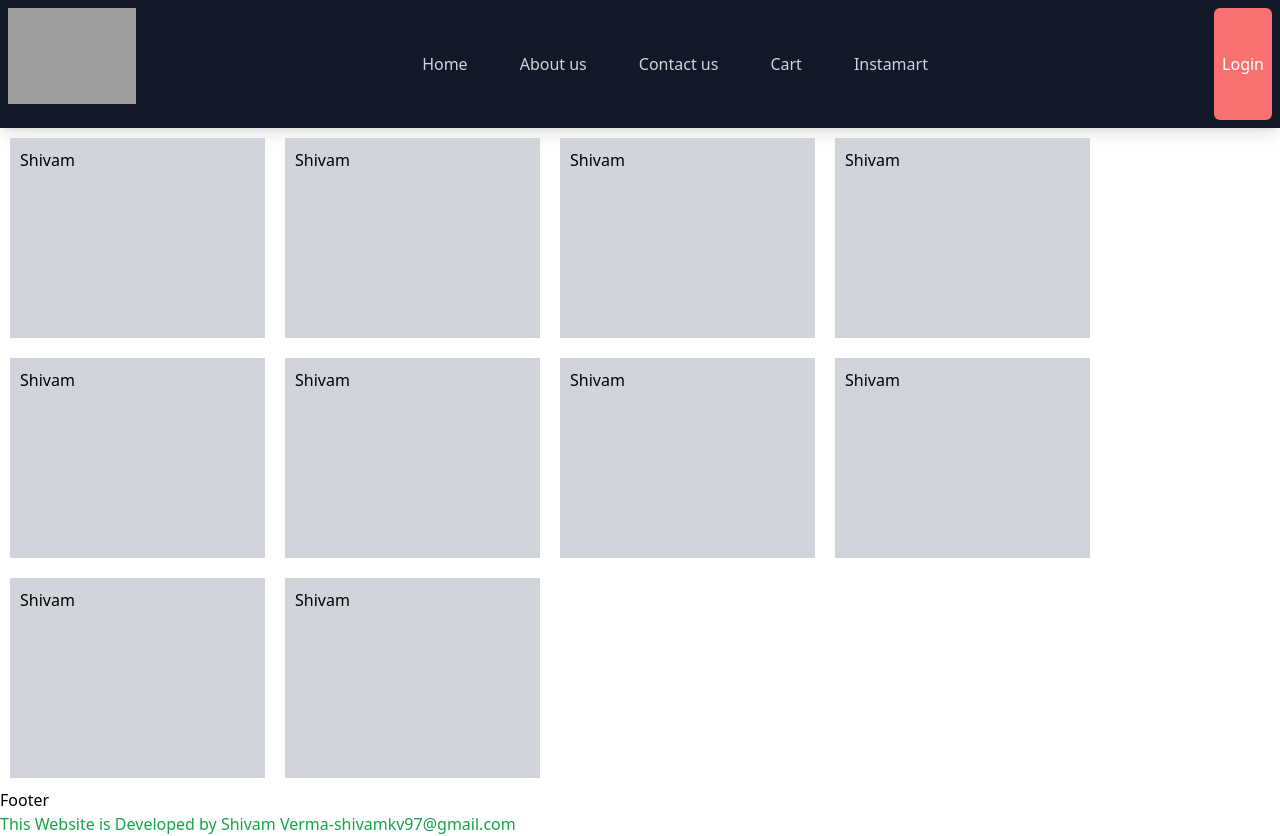
Repository: shivamv97/FOOD-VILLA-APP
Page: /
The author's editor kept a copy of each file at every save. The page is drawn from the files as they stood at one save, then again after the next save.
The browser window is 1280 px wide. The pictures show the whole page.
Pictures or frames that could not be fetched are drawn as grey boxes. The page's requests for data from a server got no answer. The project was rebuilt for these pictures with package versions that can differ from the ones it lists, and the page was loaded fresh each time. No one was signed in, and anything a server would have sent is missing. Also part of the build but not shown: src/components/RestaurantCards.js, src/components/Profile.js, src/components/ProfileClass.js, src/components/About.js, src/components/Error.js, src/components/ContactUs.js, src/utils/useRestaurant.js, src/components/RestaurantMenu.js.

Above is the page before, as saved 2024-09-30 01:14:23.

### index.html
<!DOCTYPE html>
<html lang="en" class="m-0 p-0">
  <head>
    <meta charset="UTF-8" />
    <meta name="viewport" content="width=device-width, initial-scale=1.0" />
    <title>Learning REACT</title>
    <link rel="stylesheet" href="style.css" />
    <!-- <script src="https://cdn.tailwindcss.com"></script> -->
  </head>
  <body>
    <div id="root">Not Rendered</div>
    <!-- <script
      crossorigin
      src="https://unpkg.com/react@18/umd/react.development.js"
    ></script>
    <script
      crossorigin
      src="https://unpkg.com/react-dom@18/umd/react-dom.development.js"
    ></script> -->
    <script type="module" src="src/App.js"></script>
  </body>
</html>

### src/App.js
import React, { lazy, Suspense, useState } from "react";
import ReactDOM from "react-dom/client";
import HeaderComponent from "./components/Title";
import Body from "./components/Body";
import Footer from "./components/Footer";
import About from "./components/About";
import Error from "./components/Error";
import Contact from "./components/ContactUs";
import RestaurantMenu from "./components/RestaurantMenu";
import Profile from "./components/Profile";
import { createBrowserRouter, RouterProvider, Outlet } from "react-router-dom";
import Shimmer from "./components/Shimmer";
import UserContext from "./utils/UserContext";

// import Instamart from "./components/Instamart";

const Instamart = lazy(() => import("./components/Instamart")); //Lazy Loading
//Return Promise

const AppLayout = () => {
  const [user, SetUser] = useState({
    name: "Shivam Verma",
    email: "shivamkv97@gmail.com",
  });
  return (
    <>
      <UserContext.Provider
        value={{
          user: user, //overrides the default value of user
          SetUser: SetUser,
        }}
      >
        <HeaderComponent />
        <Outlet />
        <Footer />
      </UserContext.Provider>
    </>
  );
};

const appRouter = createBrowserRouter([
  {
    path: "/",
    element: <AppLayout />,
    errorElement: <Error />,
    children: [
      //Nested Routing
      {
        path: "/",
        element: <Body />,
      },
      {
        path: "/About", //parentPath/{path} => localhost:1234/about/profile
        element: <About />,
        children: [
          {
            path: "profile", //parentPath/{path} => localhost:1234/about/profile
            element: <Profile />,
          },
        ],
      },
      {
        path: "/Contact",
        element: <Contact />,
      },
      {
        path: "/Restaurant/:restaurantId", //Dynamic Routing
        element: <RestaurantMenu />,
      },
      {
        path: "/Instamart",
        element: (
          <Suspense fallback={<Shimmer />}>
            <Instamart />
          </Suspense>
        ),
      },
    ],
  },
]);

const root = ReactDOM.createRoot(document.getElementById("root"));

root.render(<RouterProvider router={appRouter} />);
//root will render according to the AppRouter

### src/components/Title.js
import { useState, useContext } from "react";
import { Link } from "react-router-dom";
import UserContext from "../utils/UserContext";
import useOnline from "../utils/useOnline";

const LoggedInUser = () => {
  //API used for authentication
  return true;
};

const Title = () => (
  <a href="/ ">
    <img
      className="h-28 p-2"
      alt="logo"
      src="https://encrypted-tbn0.gstatic.com/images?q=tbn:ANd9GcTJtFXKFKFoihdrJEvX4jBtXqfcO2kJ0KAlIg&s"
    />
  </a>
);

const HeaderComponent = () => {
  const [isLoggedIn, setisLoggedIn] = useState(false);

  const isOnline = useOnline();

  const { user } = useContext(UserContext);
  return (
    <div className="flex justify-between bg-gray-900 shadow-lg">
      <Title />
      <div className="nav-items">
        <ul className="flex py-10 gap-9 px-2">
          <li className="rounded-md py-3 px-2 font-medium text-gray-300 hover:bg-gray-500 hover:text-white">
            <Link to="/">Home </Link>
          </li>
          <li className="rounded-md py-3 px-2 font-medium text-gray-300 hover:bg-gray-500 hover:text-white">
            <Link to="/About">About us</Link>
          </li>
          <li className="rounded-md py-3 px-2 font-medium text-gray-300 hover:bg-gray-500 hover:text-white">
            <Link to="/Contact">Contact us</Link>
          </li>
          <li className="rounded-md py-3 px-2 font-medium text-gray-300 hover:bg-gray-500 hover:text-white">
            <Link to="#">Cart</Link>
          </li>
          <li className="rounded-md py-3 px-2 font-medium text-gray-300 hover:bg-gray-500 hover:text-white">
            <Link to="/Instamart">Instamart</Link>
          </li>
        </ul>
      </div>
      {/* <h1 className="text-white">{isOnline ? "🟢" : "No"}</h1> */}
      {/* <h2 className="text-white">{user.name}</h2> */}
      {isLoggedIn ? (
        <button
          onClick={() => setisLoggedIn(false)}
          className="bg-red-400 text-white rounded-md m-2 p-2"
        >
          Logout
        </button>
      ) : (
        <button
          onClick={() => setisLoggedIn(true)}
          className="bg-red-400 text-white rounded-md m-2 p-2"
        >
          Login
        </button>
      )}
    </div>
  );
};

export default HeaderComponent;

### src/components/Body.js
import { restaurantlist, restaurant_data } from "../config";
import RestrauntCard from "./RestaurantCards";
import { useState, useEffect, useContext } from "react";
import Shimmer from "./Shimmer";
import { Link } from "react-router-dom";
import { filterdata } from "../utils/shares";
import useOnline from "../utils/useOnline";
import UserContext from "../utils/UserContext";

const Body = () => {
  // const searchTxt = "KFC"; //for reference...(IN JS)
  const [AllRestaurants, setAllRestaurants] = useState([]);
  const [FilteredRestaurants, setFilteredRestaurants] = useState([]); //restaurantlist
  const [searchText, setsearchText] = useState(""); //To create state variable.......(IN REACT)
  // console.log("render()");

  useEffect(() => {
    //API call
    GetRestaurants();
  }, []);

  const { user, SetUser } = useContext(UserContext);

  async function GetRestaurants() {
    const data = await fetch(restaurant_data);
    const json = await data.json();
    console.log(json);
    //you have to make change only in line 32,in cards[i],where i is keep changing in the above api link,try from 0-11
    //it's an config-driven UI,Hence,it's Grid Element position keeps on changing.......
    setAllRestaurants(
      json?.data?.cards[1]?.card?.card?.gridElements?.infoWithStyle?.restaurants
    );
    setFilteredRestaurants(
      json?.data?.cards[1]?.card?.card?.gridElements?.infoWithStyle?.restaurants
    );
  }
  const isOnline = useOnline();

  if (!isOnline) {
    return <h1>🚫Offline,please check your internet Connection!!</h1>; //early return
  }

  //Don't render component(Early Return)
  // if (!AllRestaurants) return null;
  // if (FilteredRestaurants?.length === 0) return <h1>No Restaurants Found!</h1>;

  //Conditional rendering
  return AllRestaurants?.length == 0 ? (
    <Shimmer />
  ) : (
    <>
      <div className="p-5 bg-green-50 my-5">
        <input
          type="text"
          className="search-input"
          placeholder="Search"
          value={searchText}
          onChange={(e) => {
            setsearchText(e.target.value);
          }}
        />
        <button
          className="p-2 m-2 bg-purple-600 text-white rounded-md hover:bg-green-400"
          onClick={() => {
            //filter the data according to need
            const data = filterdata(searchText, AllRestaurants);
            setFilteredRestaurants(data);
            //need to update the state-restauradnts
          }}
        >
          Search
        </button>
        <input
          value={user.name}
          onChange={(e) => {
            SetUser({
              ...user,
              name: e.target.value,
            });
          }}
        ></input>
        <input
          value={user.email}
          onChange={(e) => {
            SetUser({
              ...user,
              email: e.target.value,
            });
          }}
        ></input>
      </div>
      <div className="flex flex-wrap">
        {FilteredRestaurants.map((restaurant) => {
          return (
            <Link
              to={"/restaurant/" + restaurant.info.id}
              key={restaurant.info.id}
            >
              <RestrauntCard {...restaurant.info} />
            </Link>
          );
        })}
      </div>
    </>
  );
};

export default Body;

### src/components/Footer.js
import { useContext } from "react";
import UserContext from "../utils/UserContext";
const Footer = () => {
  const { user } = useContext(UserContext);
  return (
    <div>
      <h2>Footer</h2>
      <h3 className="text-green-600">
        This Website is Developed by {user.name}-{user.email}
      </h3>
    </div>
  );
};

export default Footer;

### src/components/Shimmer.js
const Shimmer = () => {
  return (
    <div className="flex flex-wrap">
      {Array(10)
        .fill("")
        .map((e, index) => (
          <div
            key={index}
            className="w-[255px] h-[200px] bg-gray-300 m-[10px] p-[10px]"
          >
            Shivam
          </div>
        ))}
    </div>
  );
};

export default Shimmer;

### src/utils/UserContext.js
import { createContext } from "react";

const UserContext = createContext({
  user: {
    name: "Dummy Name",
    email: "Dummy@gmail.com",
  },
});

UserContext.displayName = "UserContext";

export default UserContext;

### src/utils/useOnline.js
import { useEffect, useState } from "react";

const useOnline = () => {
  const [isOnline, setIsOnline] = useState(true);

  useEffect(() => {
    const handleonline = () => {
      setIsOnline(true);
    };
    const handleoffline = () => {
      setIsOnline(false);
    };
    window.addEventListener("online", handleonline); //junior+senior developer role
    window.addEventListener("offline", handleoffline);

    return () => {
      window.removeEventListener("online", handleonline); //senior developer role
      window.removeEventListener("offline", handleoffline);
    };
  }, []);

  return isOnline; //returns true or false
};

export default useOnline;

### src/config.js
//PUT MY all Hard Coded File Here
export const Img_cdn_url =
  "https://media-assets.swiggy.com/swiggy/image/upload/fl_lossy,f_auto,q_auto,h_600/";

export const restaurant_data =
  "https://www.swiggy.com/dapi/restaurants/list/v5?lat=12.960059122809971&lng=77.57337538383284&is-seo-homepage-enabled=true&page_type=DESKTOP_WEB_LISTING";

export const restaurantMenu_data_url =
  "https://www.swiggy.com/dapi/menu/pl?page-type=REGULAR_MENU&complete-menu=true&lat=12.960059122809971&lng=77.57337538383284&restaurantId=";

//Config Driven UI
export const restaurantlist = [
  //public API of Swiggy
  {
    "@type": "type.googleapis.com/swiggy.presentation.food.v2.Restaurant",
    info: {
      id: "8561",
      name: "Mughlai Junction",
      cloudinaryImageId: "tnl2yuuxi8zjbgru6iqj",
      locality: "Connaught Place",
      areaName: "Connaught Place",
      costForTwo: "₹600 for two",
      cuisines: ["Mughlai", "North Indian", "Tandoor"],
      avgRating: 4.3,
      parentId: "5354",
      avgRatingString: "4.3",
      totalRatingsString: "10K+",
      promoted: true,
      adTrackingId:
        "cid=15007607~p=0~adgrpid=15007607#ag1~mp=SWIGGY_IN~bl=FOOD~aet=RESTAURANT~aeid=8561~eid=321f01bc-98c6-405c-89d6-b18422bb8f70~srvts=1721229990431~collid=83639",
      sla: {
        deliveryTime: 37,
        lastMileTravel: 4.8,
        serviceability: "SERVICEABLE",
        slaString: "35-40 mins",
        lastMileTravelString: "4.8 km",
        iconType: "ICON_TYPE_EMPTY",
      },
      availability: {
        nextCloseTime: "2024-07-17 23:00:00",
        opened: true,
      },
      badges: {},
      isOpen: true,
      type: "F",
      badgesV2: {
        entityBadges: {
          textExtendedBadges: {},
          textBased: {},
          imageBased: {},
        },
      },
      aggregatedDiscountInfoV3: {
        header: "10% OFF",
        subHeader: "UPTO ₹35",
      },
      orderabilityCommunication: {
        title: {},
        subTitle: {},
        message: {},
        customIcon: {},
      },
      differentiatedUi: {
        displayType: "ADS_UI_DISPLAY_TYPE_ENUM_DEFAULT",
        differentiatedUiMediaDetails: {
          mediaType: "ADS_MEDIA_ENUM_IMAGE",
          lottie: {},
          video: {},
        },
      },
      reviewsSummary: {},
      displayType: "RESTAURANT_DISPLAY_TYPE_DEFAULT",
      restaurantOfferPresentationInfo: {},
      externalRatings: {
        aggregatedRating: {
          rating: "4.4",
          ratingCount: "1K+",
        },
        source: "GOOGLE",
        sourceIconImageId: "v1704440323/google_ratings/rating_google_tag",
      },
      ratingsDisplayPreference: "RATINGS_DISPLAY_PREFERENCE_SHOW_SWIGGY",
    },
    analytics: {},
    cta: {
      link: "swiggy://menu?restaurant_id=8561&source=collection&query=Biryani",
      text: "RESTAURANT_MENU",
      type: "DEEPLINK",
    },
    widgetId: "collectionV5RestaurantListWidget_SimRestoRelevance_food",
  },

  {
    "@type": "type.googleapis.com/swiggy.presentation.food.v2.Restaurant",
    info: {
      id: "817359",
      name: "Zahra Restaurant & Cafe",
      cloudinaryImageId: "asaqtuuszx7hzmxpnfpo",
      locality: "Old Delhi",
      areaName: "Old Delhi",
      costForTwo: "₹300 for two",
      cuisines: ["Indian", "Tandoor", "Kebabs", "Snacks", "Biryani"],
      avgRating: 4.3,
      parentId: "229129",
      avgRatingString: "4.3",
      totalRatingsString: "100+",
      sla: {
        deliveryTime: 29,
        lastMileTravel: 1.3,
        serviceability: "SERVICEABLE",
        slaString: "25-30 mins",
        lastMileTravelString: "1.3 km",
        iconType: "ICON_TYPE_EMPTY",
      },
      availability: {
        nextCloseTime: "2024-07-17 22:59:00",
        opened: true,
      },
      badges: {},
      isOpen: true,
      type: "F",
      badgesV2: {
        entityBadges: {
          textExtendedBadges: {},
          textBased: {},
          imageBased: {},
        },
      },
      aggregatedDiscountInfoV3: {
        header: "50% OFF",
        subHeader: "UPTO ₹100",
      },
      orderabilityCommunication: {
        title: {},
        subTitle: {},
        message: {},
        customIcon: {},
      },
      differentiatedUi: {
        displayType: "ADS_UI_DISPLAY_TYPE_ENUM_DEFAULT",
        differentiatedUiMediaDetails: {
          mediaType: "ADS_MEDIA_ENUM_IMAGE",
          lottie: {},
          video: {},
        },
      },
      reviewsSummary: {},
      displayType: "RESTAURANT_DISPLAY_TYPE_DEFAULT",
      restaurantOfferPresentationInfo: {},
      externalRatings: {
        aggregatedRating: {
          rating: "--",
        },
      },
      ratingsDisplayPreference: "RATINGS_DISPLAY_PREFERENCE_SHOW_SWIGGY",
    },
    analytics: {},
    cta: {
      link: "swiggy://menu?restaurant_id=817359&source=collection&query=Biryani",
      text: "RESTAURANT_MENU",
      type: "DEEPLINK",
    },
    widgetId: "collectionV5RestaurantListWidget_SimRestoRelevance_food",
  },

  {
    "@type": "type.googleapis.com/swiggy.presentation.food.v2.Restaurant",
    info: {
      id: "81523",
      name: "Amma Mess",
      cloudinaryImageId: "a09jpzja1zusso85bbmz",
      locality: "Karol Bagh",
      areaName: "Karol Bagh",
      costForTwo: "₹300 for two",
      cuisines: ["South Indian"],
      avgRating: 4.5,
      parentId: "15687",
      avgRatingString: "4.5",
      totalRatingsString: "10K+",
      promoted: true,
      adTrackingId:
        "cid=15010070~p=1~adgrpid=15010070#ag1~mp=SWIGGY_IN~bl=FOOD~aet=RESTAURANT~aeid=81523~eid=b2807d99-426d-4265-8bac-9448c8101a5f~srvts=1721229990431~collid=83639",
      sla: {
        deliveryTime: 37,
        lastMileTravel: 6.3,
        serviceability: "SERVICEABLE",
        slaString: "35-40 mins",
        lastMileTravelString: "6.3 km",
        iconType: "ICON_TYPE_EMPTY",
      },
      availability: {
        nextCloseTime: "2024-07-17 22:30:00",
        opened: true,
      },
      badges: {},
      isOpen: true,
      aggregatedDiscountInfoV2: {},
      type: "F",
      badgesV2: {
        entityBadges: {
          textBased: {},
          imageBased: {},
          textExtendedBadges: {},
        },
      },
      orderabilityCommunication: {
        title: {},
        subTitle: {},
        message: {},
        customIcon: {},
      },
      differentiatedUi: {
        displayType: "ADS_UI_DISPLAY_TYPE_ENUM_DEFAULT",
        differentiatedUiMediaDetails: {
          mediaType: "ADS_MEDIA_ENUM_IMAGE",
          lottie: {},
          video: {},
        },
      },
      reviewsSummary: {},
      displayType: "RESTAURANT_DISPLAY_TYPE_DEFAULT",
      restaurantOfferPresentationInfo: {},
      externalRatings: {
        aggregatedRating: {
          rating: "4.2",
          ratingCount: "1K+",
        },
        source: "GOOGLE",
        sourceIconImageId: "v1704440323/google_ratings/rating_google_tag",
      },
      ratingsDisplayPreference: "RATINGS_DISPLAY_PREFERENCE_SHOW_SWIGGY",
    },
    analytics: {},
    cta: {
      link: "swiggy://menu?restaurant_id=81523&source=collection&query=Biryani",
      text: "RESTAURANT_MENU",
      type: "DEEPLINK",
    },
    widgetId: "collectionV5RestaurantListWidget_SimRestoRelevance_food",
  },

  {
    "@type": "type.googleapis.com/swiggy.presentation.food.v2.Restaurant",
    info: {
      id: "144716",
      name: "Mughlai Invitation",
      cloudinaryImageId: "a4530760ed2ff35b487605618cc6dc45",
      areaName: "Chandni Chowk",
      costForTwo: "₹200 for two",
      cuisines: ["Indian", "Mughlai", "Biryani", "Sweets"],
      avgRating: 4.6,
      parentId: "141076",
      avgRatingString: "4.6",
      totalRatingsString: "100+",
      sla: {
        deliveryTime: 30,
        lastMileTravel: 1.5,
        serviceability: "SERVICEABLE",
        slaString: "30-35 mins",
        lastMileTravelString: "1.5 km",
        iconType: "ICON_TYPE_EMPTY",
      },
      availability: {
        nextCloseTime: "2024-07-17 22:59:00",
        opened: true,
      },
      badges: {},
      isOpen: true,
      aggregatedDiscountInfoV2: {},
      type: "F",
      badgesV2: {
        entityBadges: {
          textExtendedBadges: {},
          textBased: {},
          imageBased: {},
        },
      },
      orderabilityCommunication: {
        title: {},
        subTitle: {},
        message: {},
        customIcon: {},
      },
      differentiatedUi: {
        displayType: "ADS_UI_DISPLAY_TYPE_ENUM_DEFAULT",
        differentiatedUiMediaDetails: {
          mediaType: "ADS_MEDIA_ENUM_IMAGE",
          lottie: {},
          video: {},
        },
      },
      reviewsSummary: {},
      displayType: "RESTAURANT_DISPLAY_TYPE_DEFAULT",
      restaurantOfferPresentationInfo: {},
      externalRatings: {
        aggregatedRating: {
          rating: "4.8",
          ratingCount: "100+",
        },
        source: "GOOGLE",
        sourceIconImageId: "v1704440323/google_ratings/rating_google_tag",
      },
      ratingsDisplayPreference: "RATINGS_DISPLAY_PREFERENCE_SHOW_SWIGGY",
    },
    analytics: {},
    cta: {
      link: "swiggy://menu?restaurant_id=144716&source=collection&query=Biryani",
      text: "RESTAURANT_MENU",
      type: "DEEPLINK",
    },
    widgetId: "collectionV5RestaurantListWidget_SimRestoRelevance_food",
  },

  {
    "@type": "type.googleapis.com/swiggy.presentation.food.v2.Restaurant",
    info: {
      id: "64321",
      name: "Southern Masala",
      cloudinaryImageId: "14527e27a298304dd07904f777372cb5",
      locality: "Karol Bagh",
      areaName: "Karol Bagh",
      costForTwo: "₹350 for two",
      cuisines: ["Andhra", "Biryani", "South Indian", "Thalis"],
      avgRating: 3.9,
      parentId: "17286",
      avgRatingString: "3.9",
      totalRatingsString: "1K+",
      promoted: true,
      adTrackingId:
        "cid=15472783~p=2~adgrpid=15472783#ag1~mp=SWIGGY_IN~bl=FOOD~aet=RESTAURANT~aeid=64321~eid=785e1ed6-7474-46a2-ba9f-4a9325d5fabc~srvts=1721229990431~collid=83639",
      sla: {
        deliveryTime: 38,
        lastMileTravel: 5,
        serviceability: "SERVICEABLE",
        slaString: "35-40 mins",
        lastMileTravelString: "5.0 km",
        iconType: "ICON_TYPE_EMPTY",
      },
      availability: {
        nextCloseTime: "2024-07-17 22:00:00",
        opened: true,
      },
      badges: {},
      isOpen: true,
      type: "F",
      badgesV2: {
        entityBadges: {
          textBased: {},
          imageBased: {},
          textExtendedBadges: {},
        },
      },
      aggregatedDiscountInfoV3: {
        header: "₹125 OFF",
        subHeader: "ABOVE ₹199",
        discountTag: "FLAT DEAL",
      },
      orderabilityCommunication: {
        title: {},
        subTitle: {},
        message: {},
        customIcon: {},
      },
      differentiatedUi: {
        displayType: "ADS_UI_DISPLAY_TYPE_ENUM_DEFAULT",
        differentiatedUiMediaDetails: {
          mediaType: "ADS_MEDIA_ENUM_IMAGE",
          lottie: {},
          video: {},
        },
      },
      reviewsSummary: {},
      displayType: "RESTAURANT_DISPLAY_TYPE_DEFAULT",
      restaurantOfferPresentationInfo: {},
      externalRatings: {
        aggregatedRating: {
          rating: "4.1",
          ratingCount: "100+",
        },
        source: "GOOGLE",
        sourceIconImageId: "v1704440323/google_ratings/rating_google_tag",
      },
      ratingsDisplayPreference: "RATINGS_DISPLAY_PREFERENCE_SHOW_SWIGGY",
    },
    analytics: {},
    cta: {
      link: "swiggy://menu?restaurant_id=64321&source=collection&query=Biryani",
      text: "RESTAURANT_MENU",
      type: "DEEPLINK",
    },
    widgetId: "collectionV5RestaurantListWidget_SimRestoRelevance_food",
  },
];

### src/utils/shares.js
export function filterdata(searchText, restaurants) {
  return restaurants.filter((restaurant) =>
    restaurant.info.name.toLowerCase().includes(searchText.toLowerCase())
  );
}

Loaded but not shown: style.css (common file); tailwind.config.js (common file)

After the next save:
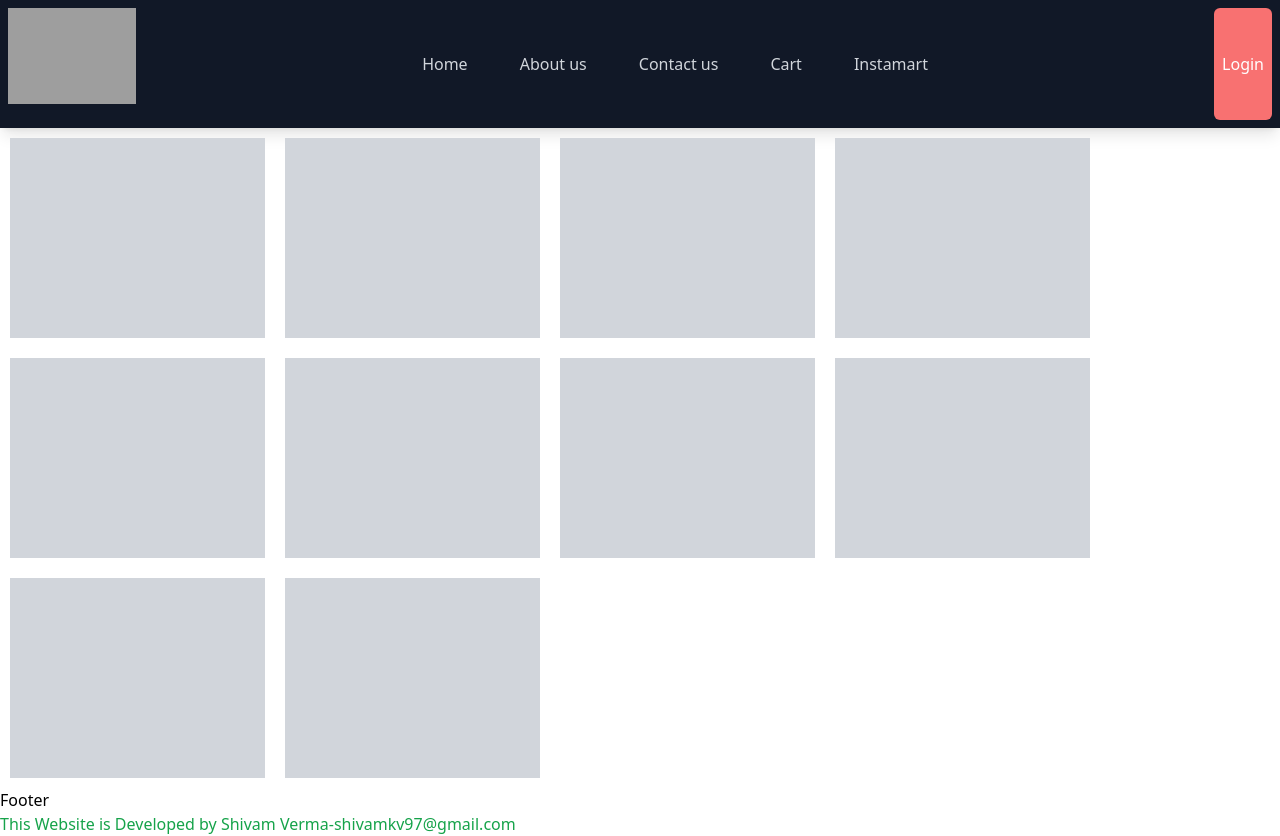
Saved 12 s later.
--- a/src/components/Shimmer.js
+++ b/src/components/Shimmer.js
@@ -7,9 +7,7 @@ const Shimmer = () => {
           <div
             key={index}
             className="w-[255px] h-[200px] bg-gray-300 m-[10px] p-[10px]"
-          >
-            Shivam
-          </div>
+          ></div>
         ))}
     </div>
   );
